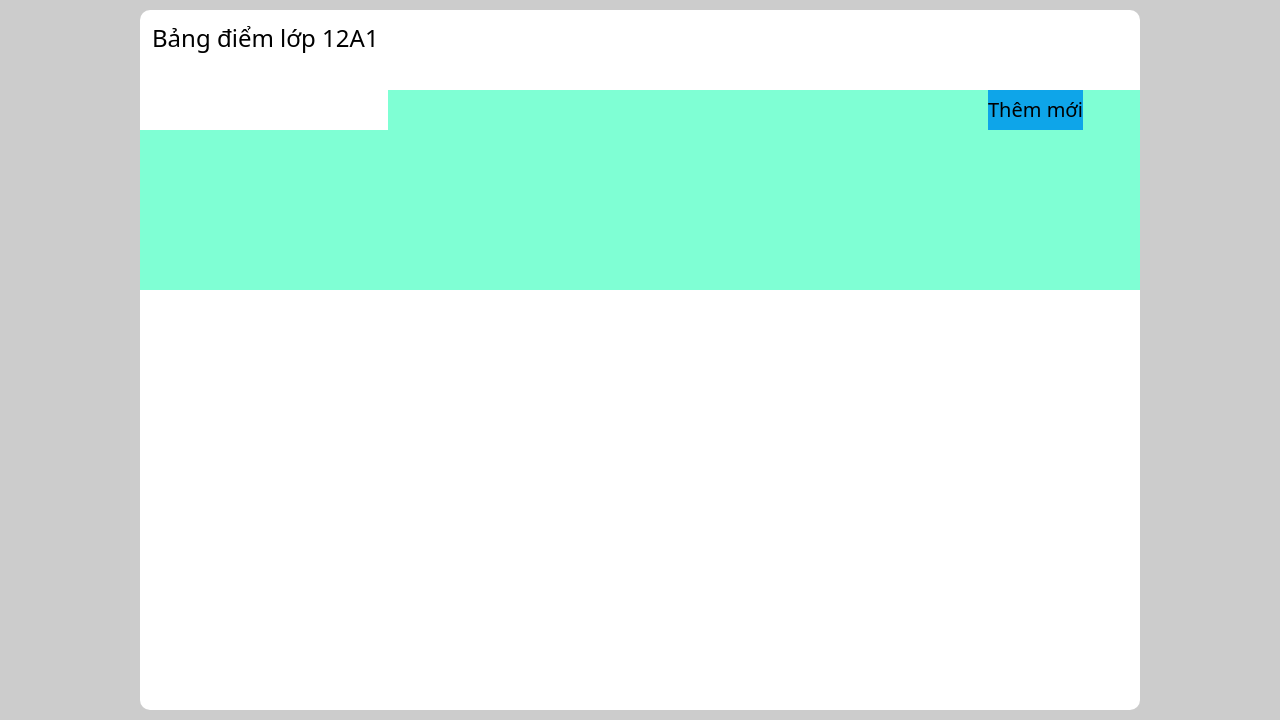
Repository: doducthuan/ReactJS-Movie
Page: /
These files come from the project's save history. The page is drawn as it stood at one moment and after the next save; the edit follows.
The browser window is 1280 px wide. The pictures show the whole page.
The project was rebuilt for these pictures with package versions that can differ from the ones it lists, and the page was loaded fresh each time. Also part of the build but not shown: src/App.css.

Above is the page before, as saved 2024-01-13 05:55:25.

### public/index.html
<!DOCTYPE html>
<html lang="en">
  <head>
    <meta charset="utf-8" />
    <link rel="icon" href="%PUBLIC_URL%/avatar_rmbg.png" />
    <meta name="viewport" content="width=device-width, initial-scale=1" />
    <meta name="theme-color" content="#000000" />
    <meta
      name="description"
      content="Web site created using create-react-app"
    />
    <link rel="apple-touch-icon" href="%PUBLIC_URL%/logo192.png" />
    <!--
      manifest.json provides metadata used when your web app is installed on a
      user's mobile device or desktop. See https://developers.google.com/web/fundamentals/web-app-manifest/
    -->
    <link rel="manifest" href="%PUBLIC_URL%/manifest.json" />
    <!--
      Notice the use of %PUBLIC_URL% in the tags above.
      It will be replaced with the URL of the `public` folder during the build.
      Only files inside the `public` folder can be referenced from the HTML.

      Unlike "/favicon.ico" or "favicon.ico", "%PUBLIC_URL%/favicon.ico" will
      work correctly both with client-side routing and a non-root public URL.
      Learn how to configure a non-root public URL by running `npm run build`.
    -->
    <title>Mèo Hen</title>
  </head>
  <body>
    <noscript>You need to enable JavaScript to run this app.</noscript>
    <div id="root"></div>
    <!--
      This HTML file is a template.
      If you open it directly in the browser, you will see an empty page.

      You can add webfonts, meta tags, or analytics to this file.
      The build step will place the bundled scripts into the <body> tag.

      To begin the development, run `npm start` or `yarn start`.
      To create a production bundle, use `npm run build` or `yarn build`.
    -->
  </body>
</html>

### src/App.js
//import SignIn from './components/account/SignIn';
import './App.css';
import Students from './components/students/Students';
//import AdminLayout from './components/shared/AdminLayout';

function App() {
  return (
    <div className="App">
      <Students></Students>
    </div>
  );
}

export default App;

### src/components/students/Students.js
import React from 'react';
import './styles.css';
const Students = () => {
    return (
        <div className="full-view">
            <div className="border-data">
                <p className="font-sans text-2xl ml-3 mt-3">Bảng điểm lớp 12A1</p>
                <div className="search-add mt-9 flex">
                    <input className="search-all h-10"/>
                    <button className="font-sans text-xl bg-sky-500 h-10">Thêm mới</button>
                </div>
            </div>
        </div>
    );
};

export default Students;

### src/components/students/styles.css
.full-view{
    display: flex;
    justify-content: center;
    align-items: center;
    height: 100vh;
    background-color: #ccc;
}
.border-data{
    width: 1000px;
    height: 700px;
    background-color: #fff;
    border-radius: 10px;
}
.search-add{
    height: 200px;
    gap: 600px;
    background-color: aquamarine;
}

Loaded but not shown: src/index.js (common file); src/index.css (common file); src/reportWebVitals.js (common file); tailwind.config.js (common file)

After the next save:
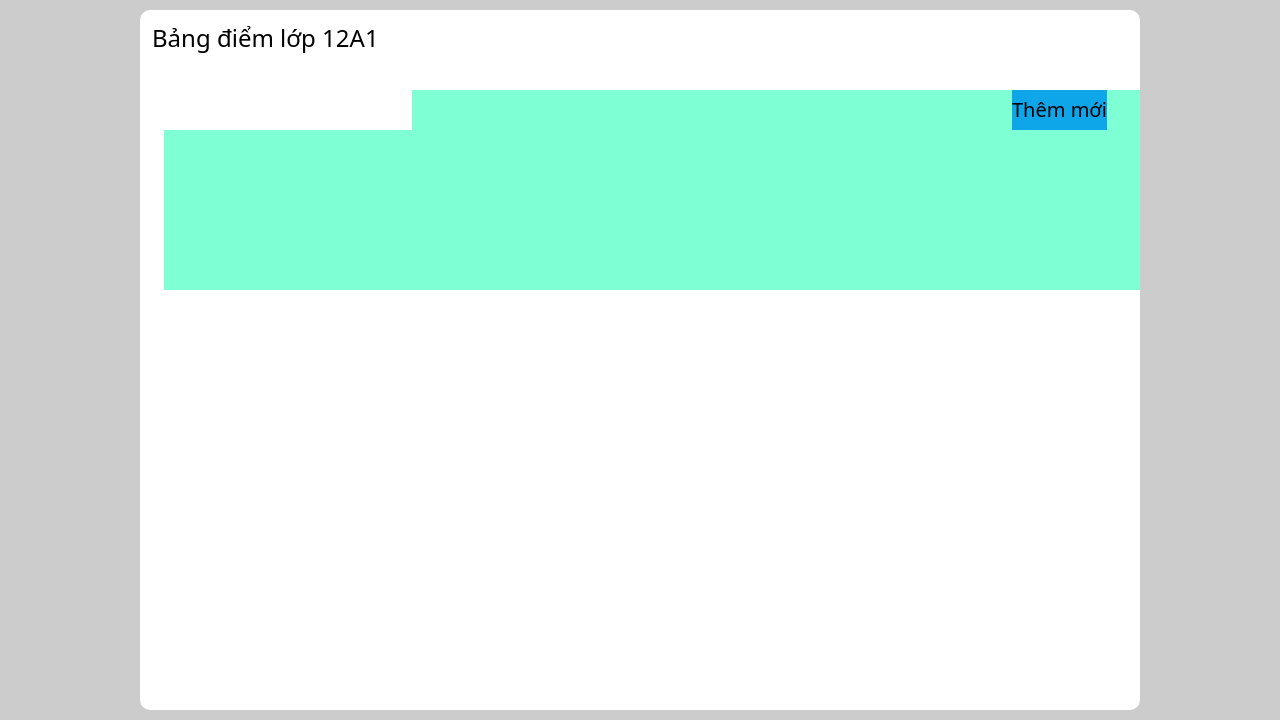
Saved 15 s later.
--- a/src/components/students/Students.js
+++ b/src/components/students/Students.js
@@ -5,7 +5,7 @@ const Students = () => {
         <div className="full-view">
             <div className="border-data">
                 <p className="font-sans text-2xl ml-3 mt-3">Bảng điểm lớp 12A1</p>
-                <div className="search-add mt-9 flex">
+                <div className="search-add mt-9 ml-6 flex">
                     <input className="search-all h-10"/>
                     <button className="font-sans text-xl bg-sky-500 h-10">Thêm mới</button>
                 </div>
